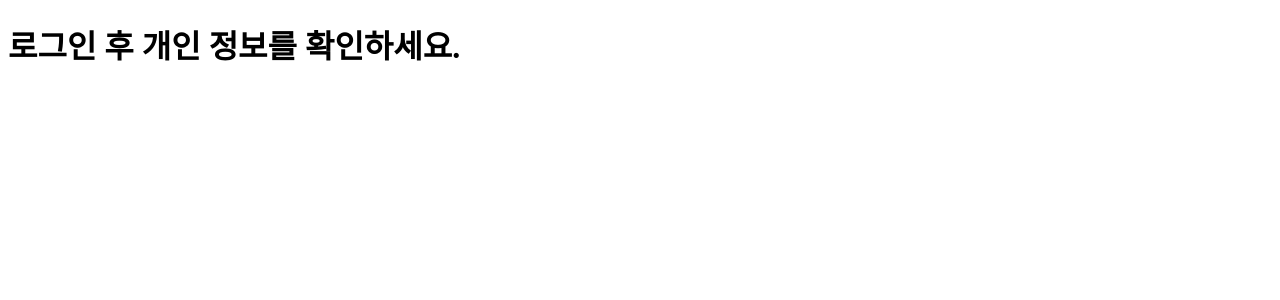
Repository: 0823-01/MonoLiving
Page: http://localhost/shoppingMall/myPage.me
An editor plug-in stored every save of this project. The page is shown before and after the next save, followed by the edit.
The browser window is 1280 px wide. The pictures show the whole page.
The page is served by Tomcat 9.

Above is the page before, as saved 2024-11-01 02:19:09.

After the next save:
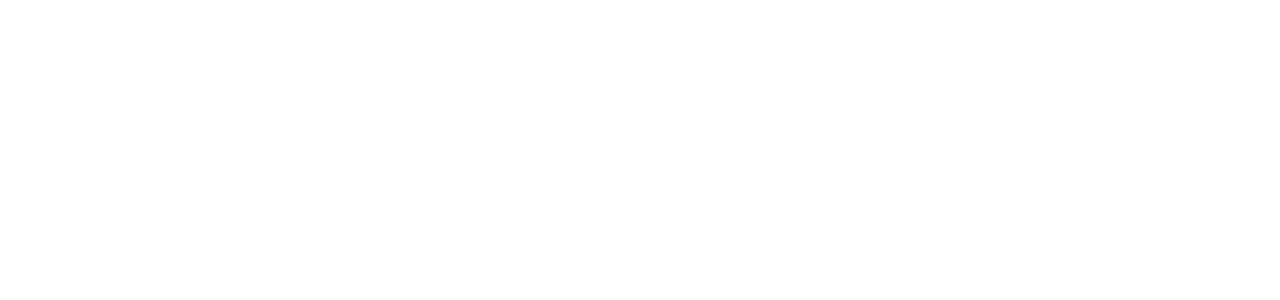
Saved 72 s later.
--- a/shoppingMall/src/main/webapp/views/member/myPage.jsp
+++ b/shoppingMall/src/main/webapp/views/member/myPage.jsp
@@ -32,14 +32,11 @@
     // 로그인한 사용자가 있을 경우 이름과 버튼 표시
     if (loginUser != null) {
 %>
-        <h1>환영합니다, <%= loginUser.getUserName() %>님!</h1>
-        <a href="<%= request.getContextPath() %>/updateInfo.me" class="button">회원정보 수정</a>
-        <a href="<%= request.getContextPath() %>/orderHistory.me" class="button">주문내역</a>
-        <a href="<%= request.getContextPath() %>/logout.me" class="button">로그아웃</a>
+
 <%
     } else {
 %>
-        <h1>로그인 후 개인 정보를 확인하세요.</h1>
+
 <%
     }
 %>

After the save that followed:
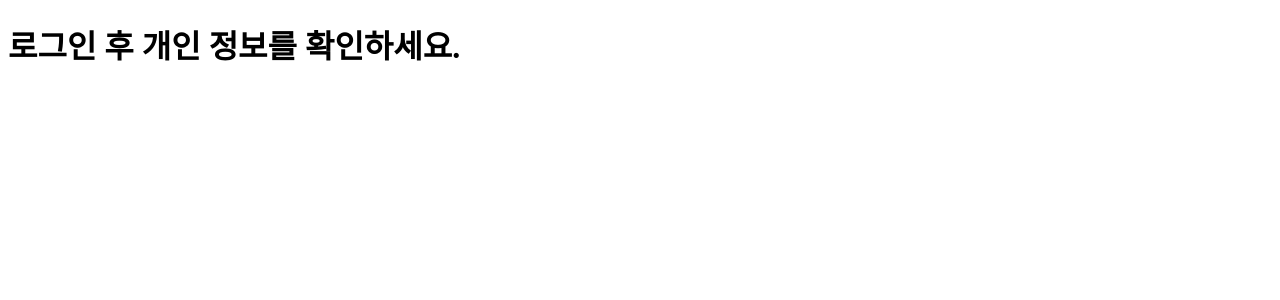
Saved 36 s later.
--- a/shoppingMall/src/main/webapp/views/member/myPage.jsp
+++ b/shoppingMall/src/main/webapp/views/member/myPage.jsp
@@ -32,11 +32,14 @@
     // 로그인한 사용자가 있을 경우 이름과 버튼 표시
     if (loginUser != null) {
 %>
-
+        <h1>환영합니다, <%= loginUser.getUserName() %>님!</h1>
+        <a href="<%= request.getContextPath() %>/updateInfo.me" class="button">회원정보 수정</a>
+        <a href="<%= request.getContextPath() %>/orderHistory.me" class="button">주문내역</a>
+        <a href="<%= request.getContextPath() %>/logout.me" class="button">로그아웃</a>
 <%
     } else {
 %>
-
+        <h1>로그인 후 개인 정보를 확인하세요.</h1>
 <%
     }
 %>
